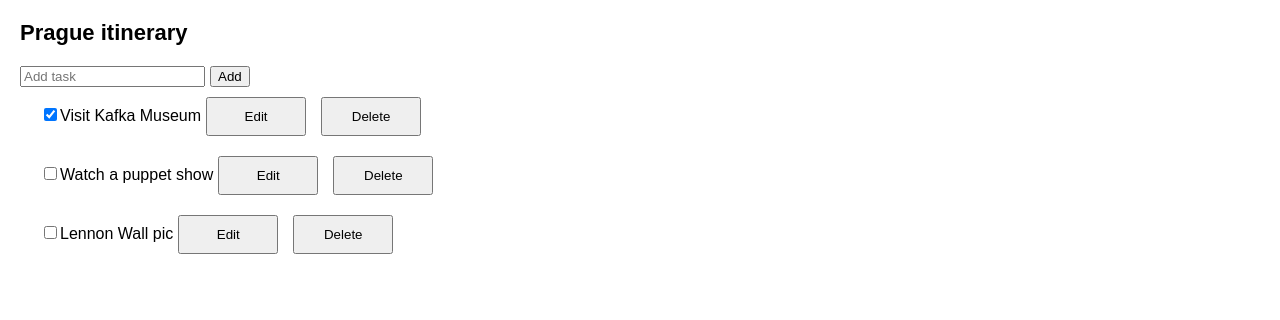
Repository: trider/my-react-app
Page: /
These files come from the project's save history. The page is drawn as it stood at one moment and after the next save; the edit follows.
The browser window is 1280 px wide. The pictures show the whole page.
The project was rebuilt for these pictures with package versions that can differ from the ones it lists, and the page was loaded fresh each time. Also part of the build but not shown: src/components/basic/Gallery.js, src/components/basic/Profile.js, src/components/utils.js, src/components/basic/Avatar.js, src/components/basic/GridX.js, src/components/time/Clock.js, src/components/time/Time.js, src/components/basic/ListT.js and 54 more. Imported but missing from the stored project, and not drawn on this page: src/components/stateManagement/Accoridion.

Above is the page before, as saved 2024-04-25 10:38:16.

### src/App.js
// import logo from './logo.svg';
import Gallery from './components/basic/Gallery.js';
import Profile from './components/basic/Profile.js';
import Avatar from './components/basic/Avatar.js';
import GridX from './components/basic/GridX.js';
import Time from './components/time/Time.js';
import List from './components/basic/ListT.js';
import ListP from './components/people/people.js';
import Tea from './components/basic/Tea.js';
import MyFancy from './components/fancyText/MyFancy.js';
import Interactive from './components/inveractive/interactive.js';
import State from './components/state/state.js';
import StateManagement from './components/stateManagement/StateManagement.js';

import Card from './components/basic/Card.js';

import './App.css';
import './styles.css';

const props = {
  avatar: {
    size: 100,
    person: {
      name: 'Katsuko Saruhashi',
      imageId: 'YfeOqp2'
    }
  },
  show: {
    default: {
      show:false,
      components:{
        clock: false,
        avatar: false,
        gallery: false,
        grid: false,
        profile: false,
        list: false,
        people: false,
        tea: true,
        fancy: true
      }
    },
    interactive: false,
    state: false,
    stateManagement: true



  }

}

const person = {
  name: 'Gregorio Y. Zara',
  theme: {
    backgroundColor: 'black',
    color: 'pink'
  }
};




let App = () => {
  return (
    <div>

      { props.show.default.show &&
        <div>
          {props.show.default.components.clock && <Card><Time /></Card>}
          {props.show.default.components.profile && <Card><Profile /></Card>}
          {props.show.default.components.grid && <Card><GridX /></Card>}
          {props.show.default.components.person &&
            <Card>
              <div style={person.theme}>
                <h1>{person.name}'s Todos</h1>
                <img
                  className="avatar"
                  src="https://i.imgur.com/7vQD0fPs.jpg"
                  alt="Gregorio Y. Zara"
                />
                <ul>
                  <li>Improve the videophone</li>
                  <li>Prepare aeronautics lectures</li>
                  <li>Work on the alcohol-fuelled engine</li>
                </ul>
              </div>
            </Card>
          }


            {props.show.default.components.avatar &&
              <Card>
                <div className="avatar"><Avatar {...props.avatar} /></div>
              </Card>

            }

            {props.show.default.components.list && <Card><List /></Card>}
            {props.show.default.components.gallery && <Card><Gallery /></Card>}
            {props.show.default.components.people && <Card><ListP /></Card>}
            {props.show.default.components.tea && <Card><Tea /></Card>}
            {props.show.default.components.fancy && <Card><MyFancy /></Card>}



        </div>
      }
      {props.show.interactive && <Interactive />}
      {props.show.state && <State />}
      {props.show.stateManagement && <StateManagement />}



    </div>


  );
}


export default App;

### src/components/stateManagement/StateManagement.js
import Quiz from "./Quiz";
import FeedbackForm from "./FeedBack";
import NameCheck from "./NameCheck";
import Menu from "./Snacks";
import Card from "../basic/Card";
import TravelPlan from "./places/TravelPlan";
import Accordion from "./Accoridion";
import Counter1 from "./Counters/Counters1";
import Counter2 from "./Counters/Counters2";
import Counter3 from "./Counters/Counters3";
import Counter4 from "./Counters/Counters4";
import Scoreboard from "./Counters/Counters5";
import Messenger from "./Contacts/Contacts";
import TaskApp from "./Reducers/TaskApp";

import './styles.css';
import './Counters/counters.css';
// import './places/places.css';

const props = {
 show: {
  quiz: false,
  feedBack: false,
  nameCheck: false,
  menu: false,
  travelPlan: false,
  accordion:false,
  counter1:false,
  counter2:false,
  counter3:false,
  counter4:false,
  scoreboard:false,
  messenger:false,
  taskApp:true

 }
};


const StateManagement = () => {


  return (
    <div>
     {props.show.quiz && <Quiz />}
     {props.show.feedBack && <FeedbackForm />}
     {props.show.nameCheck && <NameCheck />}
     {props.show.menu &&
      <Card>
        <Menu />
      </Card>}
      {props.show.travelPlan && <TravelPlan /> }
      {props.show.accordion &&  <Accordion />}
      {props.show.counter1 && <Counter1 />}
      {props.show.counter2 && <Counter2 />}
      {props.show.counter3 && <Counter3 />}
      {props.show.counter4 && <Counter4 />}
      {props.show.scoreboard && <Scoreboard />}
      {props.show.messenger && <Messenger />}
      {props.show.taskApp && <TaskApp />}

    </div>
  );
}

export default StateManagement;

### src/styles.css
* {
 box-sizing: border-box;
}

body {
 font-family: sans-serif;
 margin: 20px;
 padding: 0;
}

h1 {
 margin-top: 0;
 font-size: 22px;
}

h2 {
 margin-top: 0;
 font-size: 20px;
}

h3 {
 margin-top: 0;
 font-size: 18px;
}

h4 {
 margin-top: 0;
 font-size: 16px;
}

h5 {
 margin-top: 0;
 font-size: 14px;
}

h6 {
 margin-top: 0;
 font-size: 12px;
}

code {
 font-size: 1.2em;
}

ul {
 padding-inline-start: 20px;
 list-style-type: circle;
}

.card {
 width: fit-content;
 margin: 5px;
 display: block;
 margin-left: auto;
 margin-right: auto;
 padding: 5px;
 font-size: 20px;
 text-align: center;
 border: 1px solid #aaa;
 border-radius: 20px;
 background: #fff;
}
.avatar {
 margin: 20px;
 border-radius: 50%;
}

### src/components/people/people.css
* {
 box-sizing: border-box;
}

body {
 font-family: sans-serif;
 margin: 20px;
 padding: 0;
}

h1 {
 margin-top: 0;
 font-size: 22px;
}

h2 {
 margin-top: 0;
 font-size: 20px;
}

h3 {
 margin-top: 0;
 font-size: 18px;
}

h4 {
 margin-top: 0;
 font-size: 16px;
}

h5 {
 margin-top: 0;
 font-size: 14px;
}

h6 {
 margin-top: 0;
 font-size: 12px;
}

code {
 font-size: 1.2em;
}

ul {
 padding-inline-start: 20px;
}

ul { list-style-type: none; padding: 0px 10px; }
li {
 margin-bottom: 10px;
 display: grid;
 grid-template-columns: auto 1fr;
 gap: 20px;
 align-items: center;
}
img { width: 100px; height: 100px; border-radius: 50%; }

### src/components/fancyText/fancy.css
* {
 box-sizing: border-box;
}

body {
 font-family: sans-serif;
 margin: 20px;
 padding: 0;
}

h1 {
 margin-top: 0;
 font-size: 22px;
}

h2 {
 margin-top: 0;
 font-size: 20px;
}

h3 {
 margin-top: 0;
 font-size: 18px;
}

h4 {
 margin-top: 0;
 font-size: 16px;
}

h5 {
 margin-top: 0;
 font-size: 14px;
}

h6 {
 margin-top: 0;
 font-size: 12px;
}

code {
 font-size: 1.2em;
}

ul {
 padding-inline-start: 20px;
}

.fancy {
 font-family: 'Georgia';
}
.title {
 color: #007AA3;
 text-decoration: underline;
}
.cursive {
 font-style: italic;
}
.small {
 font-size: 10px;
}
.colorbox {
 height: 100px;
 width: 100px;
 margin: 8px;
}

### src/components/inveractive/interactive.css
* {
 box-sizing: border-box;
}

body {
 font-family: sans-serif;
 margin: 20px;
 padding: 0;
}

h1 {
 margin-top: 0;
 font-size: 22px;
}

h2 {
 margin-top: 5px;
 font-size: 20px;
}

h3 {
 margin-top: 0;
 font-size: 18px;
}

h4 {
 margin-top: 0;
 font-size: 16px;
}

h5 {
 margin-top: 0;
 font-size: 14px;
}

h6 {
 margin-top: 0;
 font-size: 12px;
}

code {
 font-size: 1.2em;
}

ul {
 padding-inline-start: 20px;
}

section {
 margin-bottom: 20px;
}

button {
 margin-top: 10px;
 margin-right: 10px;
 margin-bottom: 15px;
}


.Toolbar {
 background: #aaa;
 padding: 5px;
}

### src/components/state/state.css
* {
 box-sizing: border-box;
}

body {
 font-family: sans-serif;
 margin: 20px;
 padding: 0;
}

h1 {
 margin-top: 0;
 font-size: 22px;
}

h2 {
 margin-top: 0;
 font-size: 20px;
}

h3 {
 margin-top: 0;
 font-size: 18px;
}

h4 {
 margin-top: 0;
 font-size: 16px;
}

h5 {
 margin-top: 0;
 font-size: 14px;
}

h6 {
 margin-top: 0;
 font-size: 12px;
}

code {
 font-size: 1.2em;
}

ul {
 padding-inline-start: 20px;
 list-style-type: circle;
}


label, textarea { margin-bottom: 10px; display: block; }

.cardState {
 width:max-content;
 margin: 5px;
 display: block;
 /* margin-left: auto;
 margin-right: auto; */
 padding: 5px;
 font-size: 20px;
 text-align: center;
 border: 1px solid #aaa;
 border-radius: 20px;
 background: #fff;
}

### src/components/stateManagement/Reducers/TaskApp.js
import { useState } from 'react';
import AddTask from './AddTask.js';
import TaskList from './TaskList.js';
import './styles.css';

export default function TaskApp() {
  const [tasks, setTasks] = useState(initialTasks);

  function handleAddTask(text) {
    setTasks([
      ...tasks,
      {
        id: nextId++,
        text: text,
        done: false,
      },
    ]);
  }

  function handleChangeTask(task) {
    setTasks(
      tasks.map((t) => {
        if (t.id === task.id) {
          return task;
        } else {
          return t;
        }
      })
    );
  }

  function handleDeleteTask(taskId) {
    setTasks(tasks.filter((t) => t.id !== taskId));
  }

  return (
    <>
      <h1>Prague itinerary</h1>
      <AddTask onAddTask={handleAddTask} />
      <TaskList
        tasks={tasks}
        onChangeTask={handleChangeTask}
        onDeleteTask={handleDeleteTask}
      />
    </>
  );
}

let nextId = 3;
const initialTasks = [
  {id: 0, text: 'Visit Kafka Museum', done: true},
  {id: 1, text: 'Watch a puppet show', done: false},
  {id: 2, text: 'Lennon Wall pic', done: false},
];

### src/components/stateManagement/styles.css
* {
 box-sizing: border-box;
}

body {
 font-family: sans-serif;
 margin: 20px;
 padding: 0;
}

h1 {
 margin-top: 0;
 font-size: 22px;
}

h2 {
 margin-top: 0;
 font-size: 20px;
}

h3 {
 margin-top: 0;
 font-size: 18px;
}

h4 {
 margin-top: 0;
 font-size: 16px;
}

h5 {
 margin-top: 0;
 font-size: 14px;
}

h6 {
 margin-top: 0;
 font-size: 12px;
}

code {
 font-size: 1.2em;
}

ul {
 padding-inline-start: 20px;
}

h3, p { margin: 5px 0px; }
.panel {
 padding: 10px;
 border: 1px solid #aaa;
}

### src/components/stateManagement/Counters/counters.css
* {
 box-sizing: border-box;
}

body {
 font-family: sans-serif;
 margin: 20px;
 padding: 0;
}

h1 {
 margin-top: 0;
 font-size: 22px;
}

h2 {
 margin-top: 0;
 font-size: 20px;
}

h3 {
 margin-top: 0;
 font-size: 18px;
}

h4 {
 margin-top: 0;
 font-size: 16px;
}

h5 {
 margin-top: 0;
 font-size: 14px;
}

h6 {
 margin-top: 0;
 font-size: 12px;
}

code {
 font-size: 1.2em;
}

ul {
 padding-inline-start: 20px;
}

label {
 display: block;
 clear: both;
}

.counter {
 width: 100px;
 text-align: center;
 border: 1px solid gray;
 border-radius: 4px;
 padding: 20px;
 margin: 0 20px 20px 0;
 float: left;
}

.hover {
 background: #ffffd8;
}

### src/components/stateManagement/places/places.css
* {
 box-sizing: border-box;
}

body {
 font-family: sans-serif;
 margin: 20px;
 padding: 0;
}

h1 {
 margin-top: 0;
 font-size: 22px;
}

h2 {
 margin-top: 0;
 font-size: 20px;
}

h3 {
 margin-top: 0;
 font-size: 18px;
}

h4 {
 margin-top: 0;
 font-size: 16px;
}

h5 {
 margin-top: 0;
 font-size: 14px;
}

h6 {
 margin-top: 0;
 font-size: 12px;
}

code {
 font-size: 1.2em;
}

ul {
 padding-inline-start: 20px;
 text-align: left;
 /* vertical-align: top; */
}

li {
 margin-bottom: 10px;
 /* vertical-align: top; */
}

### src/components/stateManagement/Contacts/contacts.css
* {
 box-sizing: border-box;
}

body {
 font-family: sans-serif;
 margin: 20px;
 padding: 0;
}

h1 {
 margin-top: 0;
 font-size: 22px;
}

h2 {
 margin-top: 0;
 font-size: 20px;
}

h3 {
 margin-top: 0;
 font-size: 18px;
}

h4 {
 margin-top: 0;
 font-size: 16px;
}

h5 {
 margin-top: 0;
 font-size: 14px;
}

h6 {
 margin-top: 0;
 font-size: 12px;
}

code {
 font-size: 1.2em;
}

ul {
 padding-inline-start: 20px;
}

.chat, .contact-list {
 float: left;
 margin-bottom: 20px;
}
ul, li {
 list-style: none;
 margin: 0;
 padding: 0;
}
li button {
 width: 100px;
 padding: 10px;
 margin-right: 10px;
}
textarea {
 height: 150px;
}

### src/components/stateManagement/Reducers/AddTask.js
import { useState } from 'react';

export default function AddTask({onAddTask}) {
  const [text, setText] = useState('');
  return (
    <>
      <input
        placeholder="Add task"
        value={text}
        onChange={(e) => setText(e.target.value)}
      />
      <button
        onClick={() => {
          setText('');
          onAddTask(text);
        }}>
        Add
      </button>
    </>
  );
}

### src/components/stateManagement/Reducers/TaskList.js
import { useState } from 'react';

export default function TaskList({tasks, onChangeTask, onDeleteTask}) {
  return (
    <ul>
      {tasks.map((task) => (
        <li key={task.id}>
          <Task task={task} onChange={onChangeTask} onDelete={onDeleteTask} />
        </li>
      ))}
    </ul>
  );
}

function Task({task, onChange, onDelete}) {
  const [isEditing, setIsEditing] = useState(false);
  let taskContent;
  if (isEditing) {
    taskContent = (
      <>
        <input
          value={task.text}
          onChange={(e) => {
            onChange({
              ...task,
              text: e.target.value,
            });
          }}
        />
        <button onClick={() => setIsEditing(false)}>Save</button>
      </>
    );
  } else {
    taskContent = (
      <>
        {task.text}
        <button onClick={() => setIsEditing(true)}>Edit</button>
      </>
    );
  }
  return (
    <label>
      <input
        type="checkbox"
        checked={task.done}
        onChange={(e) => {
          onChange({
            ...task,
            done: e.target.checked,
          });
        }}
      />
      {taskContent}
      <button onClick={() => onDelete(task.id)}>Delete</button>
    </label>
  );
}

### src/components/stateManagement/Reducers/styles.css
* {
  box-sizing: border-box;
}

body {
  font-family: sans-serif;
  margin: 20px;
  padding: 0;
}

h1 {
  margin-top: 0;
  font-size: 22px;
}

h2 {
  margin-top: 0;
  font-size: 20px;
}

h3 {
  margin-top: 0;
  font-size: 18px;
}

h4 {
  margin-top: 0;
  font-size: 16px;
}

h5 {
  margin-top: 0;
  font-size: 14px;
}

h6 {
  margin-top: 0;
  font-size: 12px;
}

code {
  font-size: 1.2em;
}

ul {
  padding-inline-start: 20px;
}

button {
  margin: 5px;
}
li {
  list-style-type: none;
}
ul,
li {
  margin: 0;
  padding: 0;
}

### src/components/basic/Card.js
import '../../styles.css';



const Card = ({ children }) => {
 return (
   <div className="card">
     {children}
   </div>
 );
}

export default Card;

Loaded but not shown: public/index.html (common file); src/index.js (common file); src/index.css (common file); src/reportWebVitals.js (common file)

After the next save:
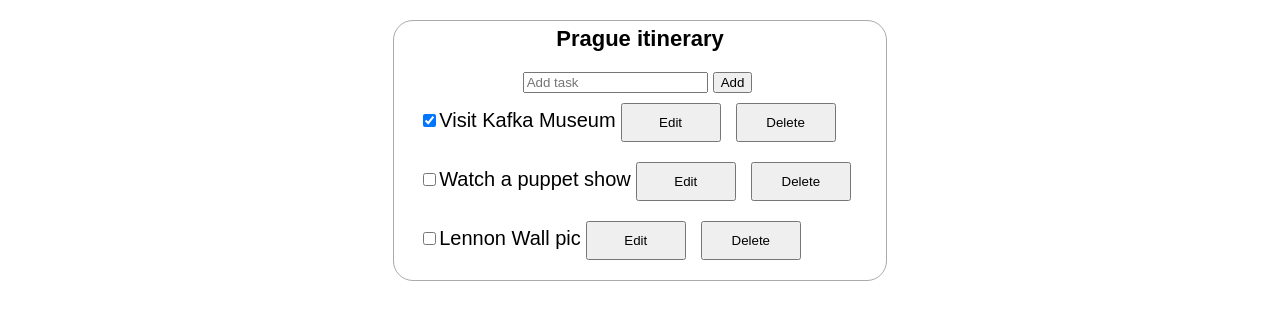
Saved 103 s later.
--- a/src/components/stateManagement/StateManagement.js
+++ b/src/components/stateManagement/StateManagement.js
@@ -57,7 +57,10 @@ const StateManagement = () => {
       {props.show.counter4 && <Counter4 />}
       {props.show.scoreboard && <Scoreboard />}
       {props.show.messenger && <Messenger />}
-      {props.show.taskApp && <TaskApp />}
+      {props.show.taskApp &&
+        <Card>
+         <TaskApp />
+        </Card>}
 
     </div>
   );
